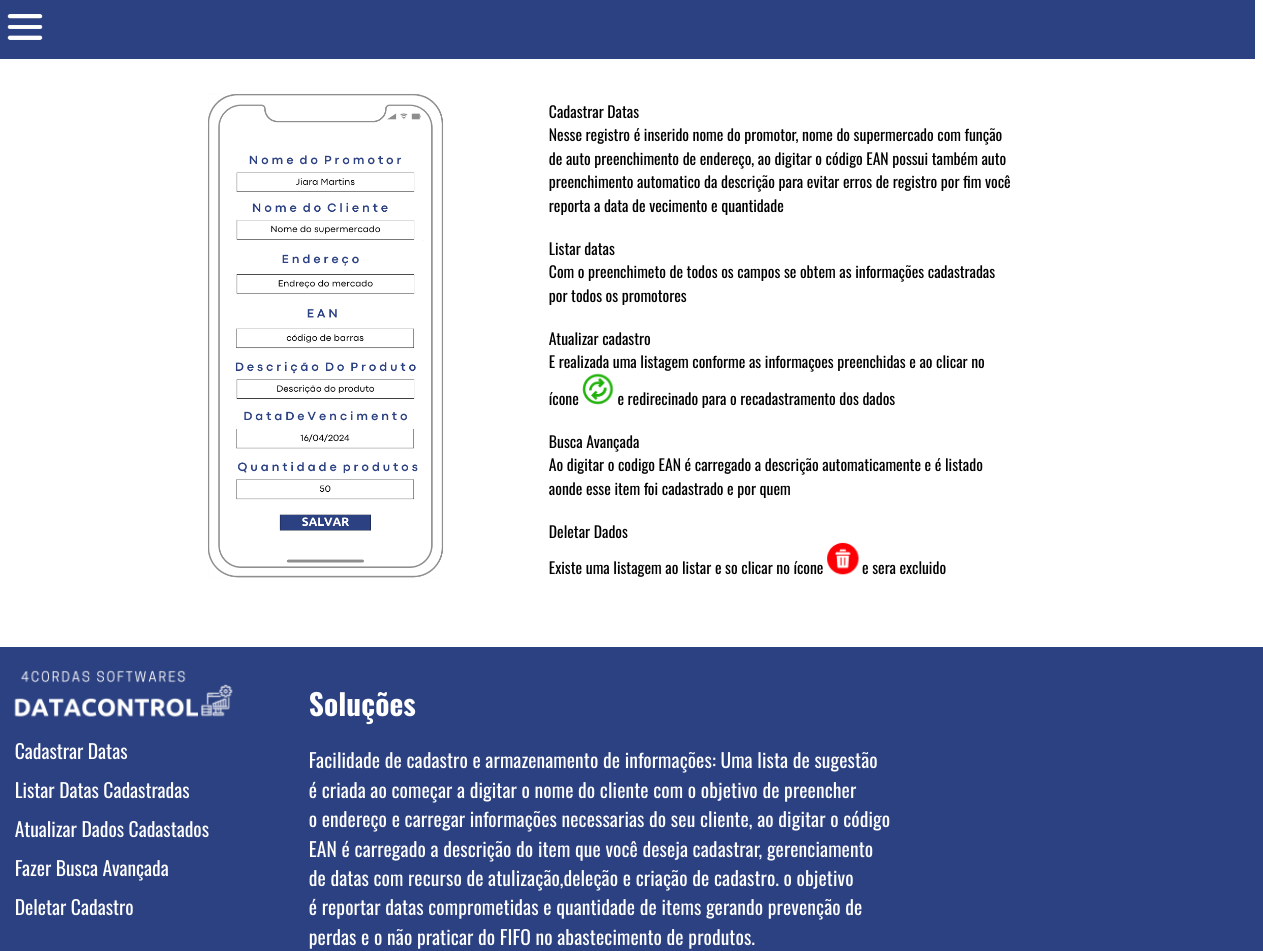
Repository: alfredo-allan/ControleDeDatasFrontEnd
Page: index.html
These files come from the project's save history. The page is drawn as it stood at one moment and after the next save; the edit follows.
The browser window is 1280 px wide. The page is 1289 px wide, so the pictures cover 1289 px, including what lies to the right of the window. The pictures show the whole page, at 98% of full size.

Above is the page before, as saved 2024-04-30 14:39:50.
Console error: TypeError: Cannot read properties of null (reading 'addEventListener')

After the next save:
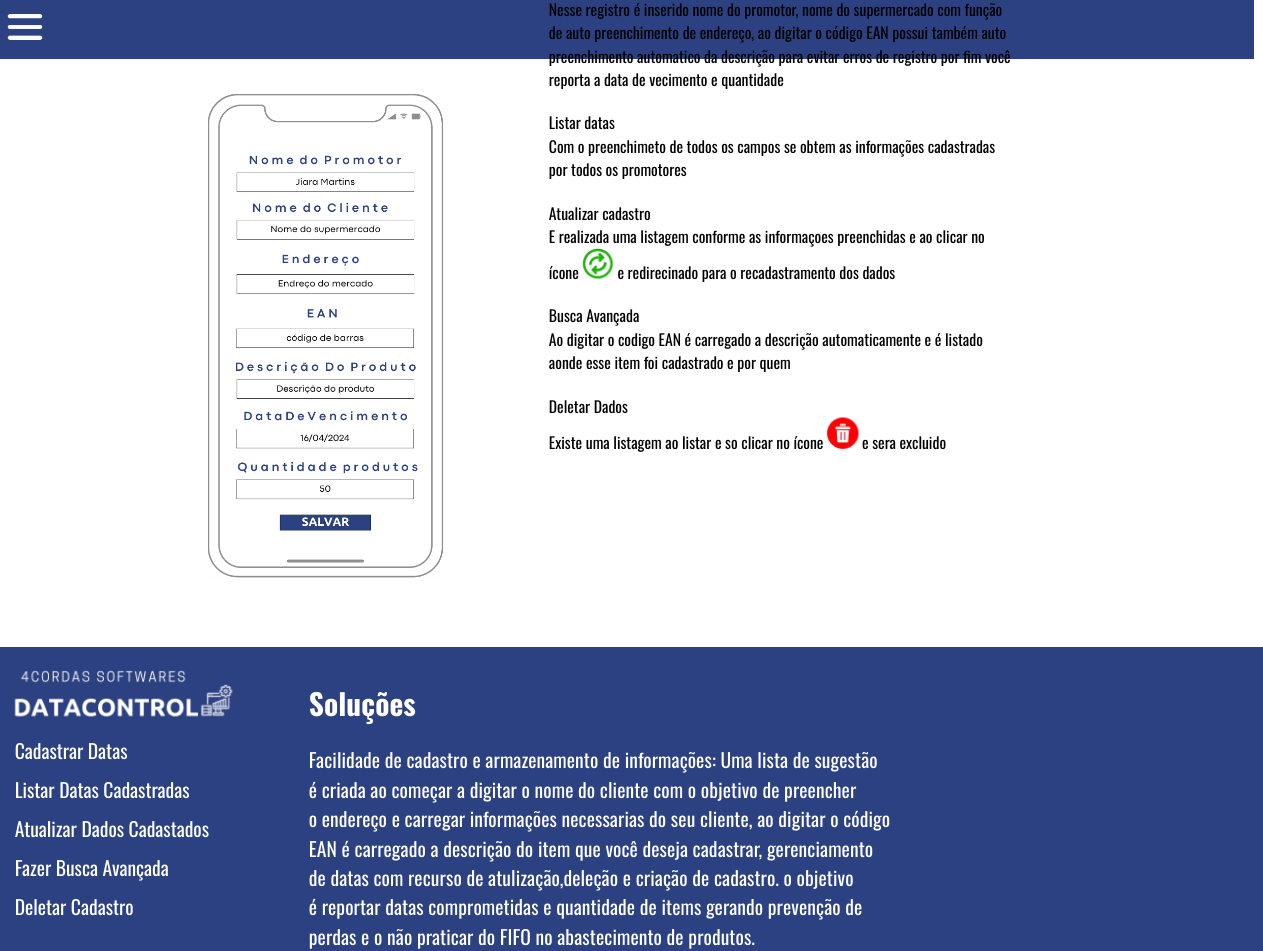
Saved 18 s later.
--- a/style/style.css
+++ b/style/style.css
@@ -446,7 +446,7 @@ button:focus {
   flex-direction: column;
   justify-content: center;
   margin-left: 40%;
-  margin-top: -40%;
+  margin-top: -50%;
   width: 40%;
   position: fixed;
   li {
